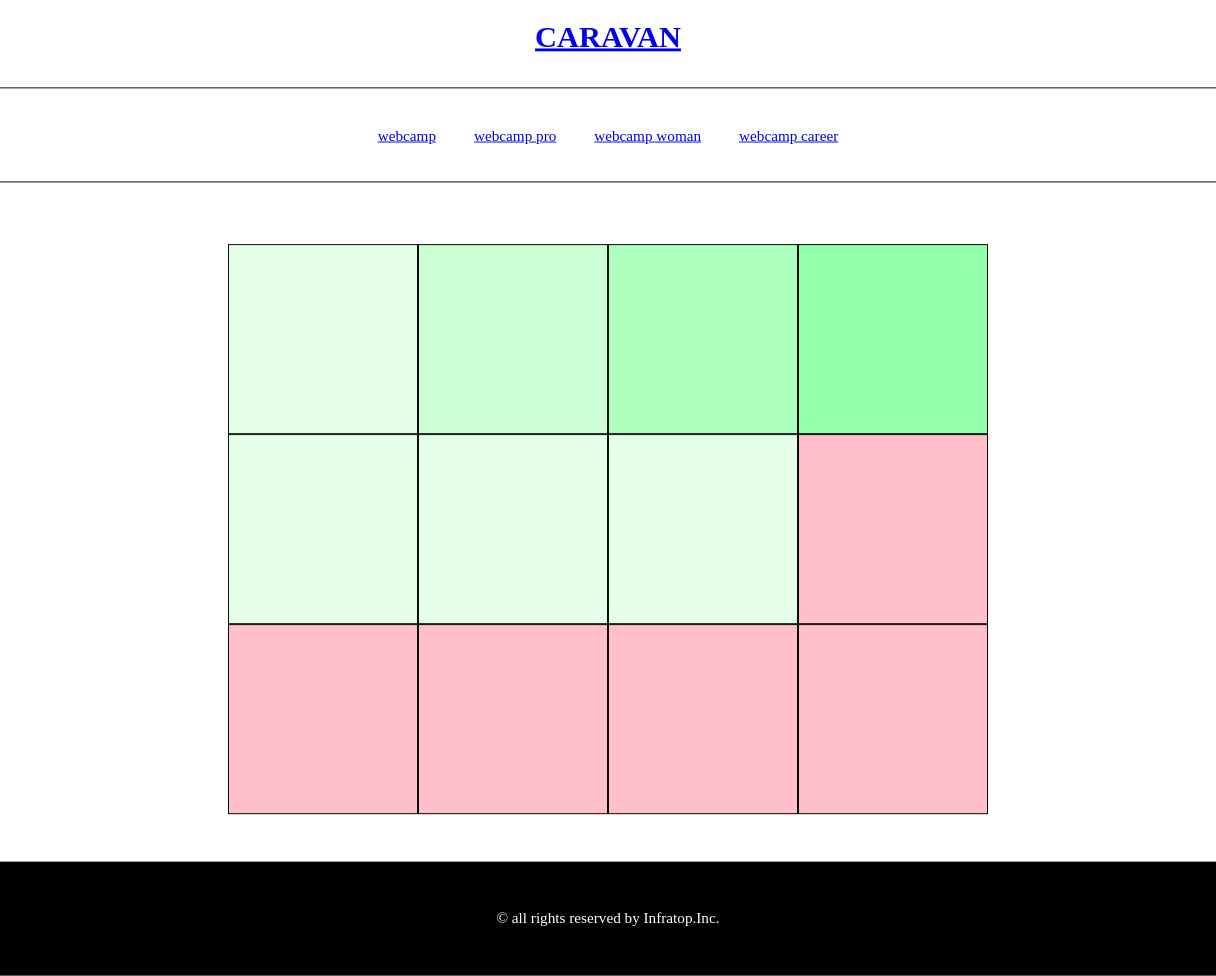
Repository: yukito7878/HTML-CSS-practice
Page: caravan/index5.html
The author's editor kept a record of every edit. The page is drawn from the files as they stood at one moment, then again after the next edit.
The browser window is 1280 px wide. The pictures show the whole page, at 95% of full size.

Above is the page before.

After the next edit:
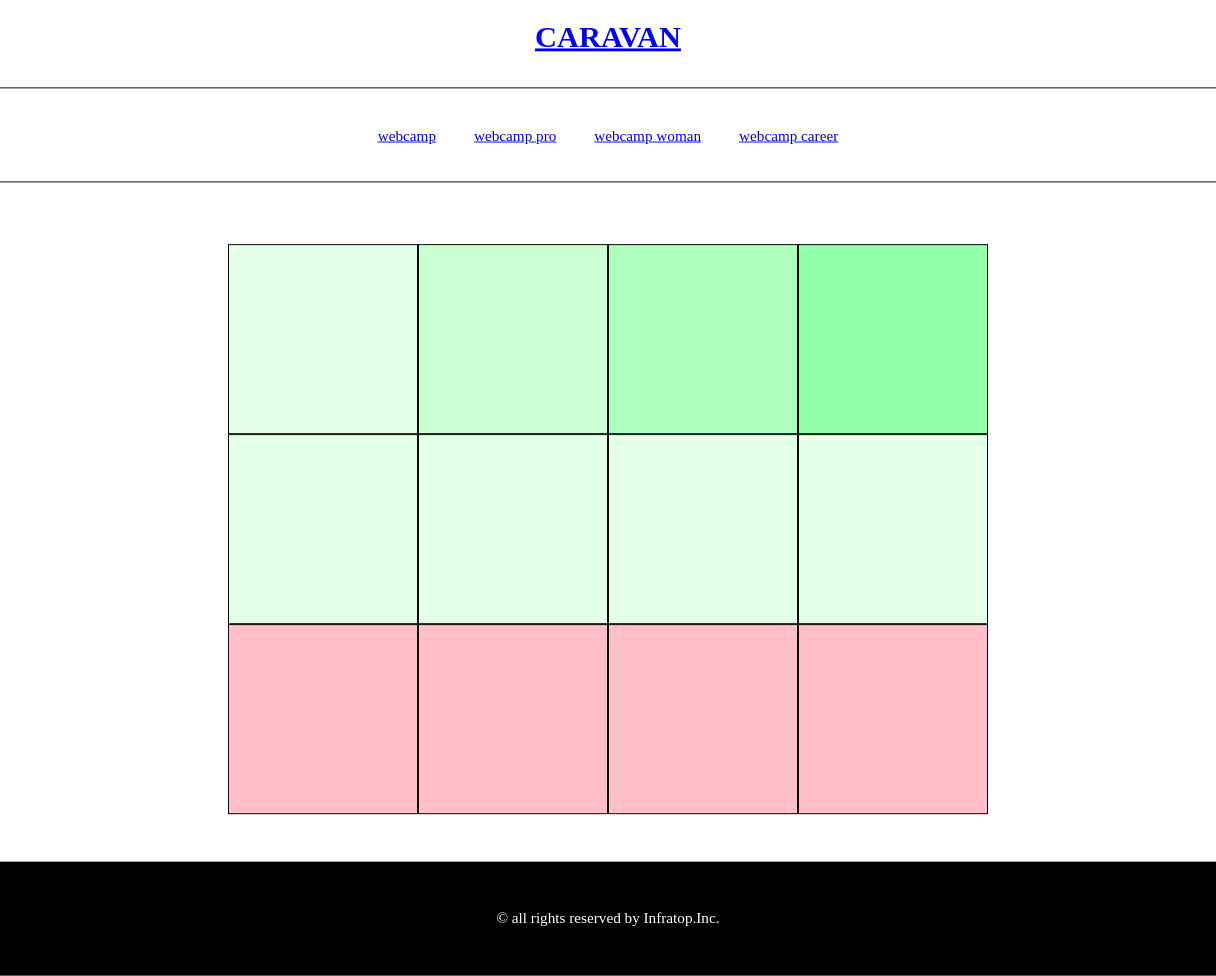
The edit:
--- a/caravan/style5.css
+++ b/caravan/style5.css
@@ -76,7 +76,7 @@
 .row1column2{
   background-color: #e6ffe9;
 }
-.row0column0{
+.row1column3{
   background-color: #e6ffe9;
 }
 .row0column0{
